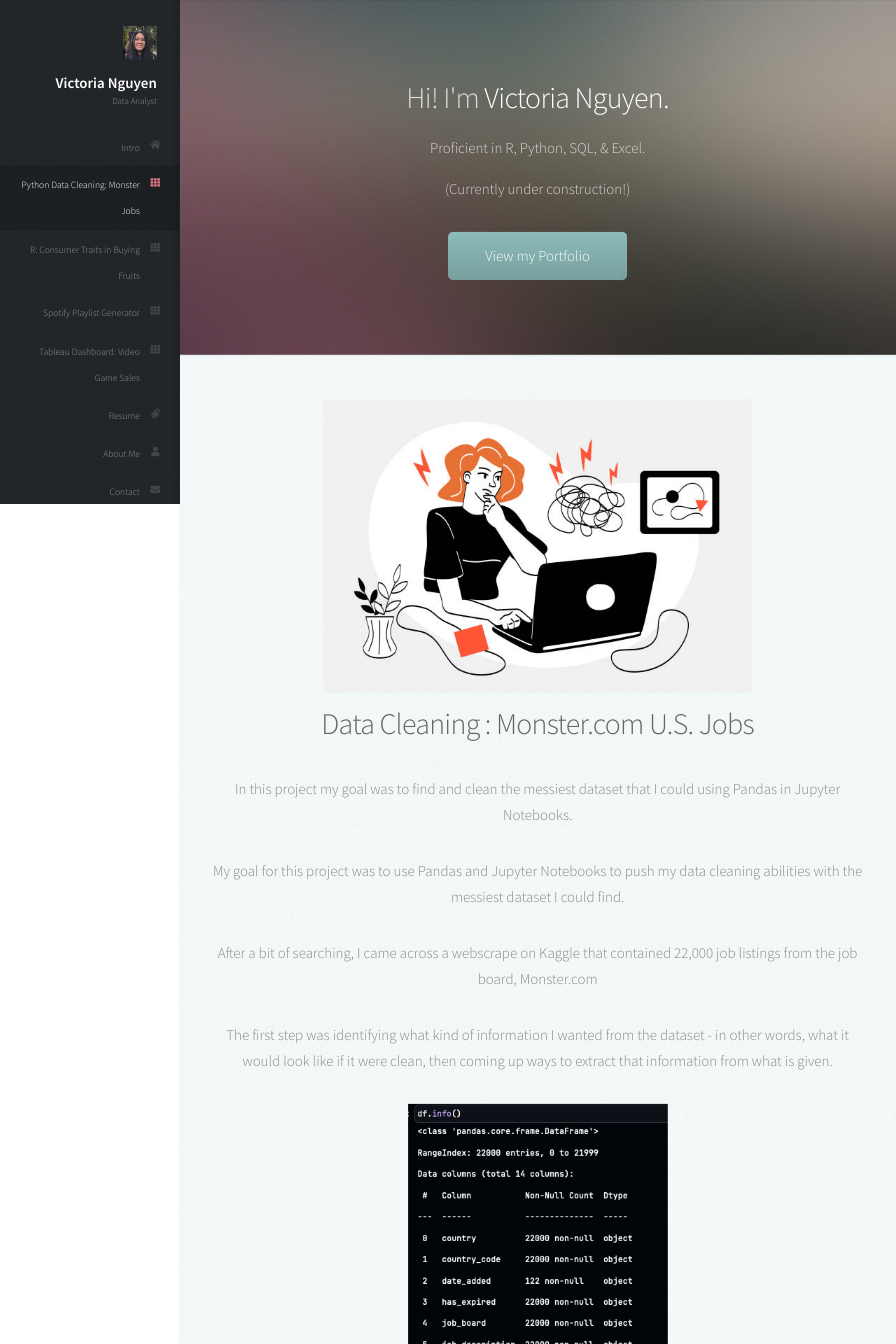
Repository: VictoriaTCNguyen/VictoriaTCNguyen
Page: index.html
An editor plug-in stored every save of this project. The page is shown before and after the next save, followed by the edit.
The browser window is 1280 px wide. The pictures show the part of the page from y = 0 to 1920 px (the page is 12692 px tall), at 70% of full size.

Above is the page before, as saved 2023-06-07 09:26:13.

### index.html
<!DOCTYPE HTML>
<!--
	Prologue by HTML5 UP
	html5up.net | @ajlkn
	Free for personal and commercial use under the CCA 3.0 license (html5up.net/license)
-->
<html>
	<head>
		<title>Victoria Nguyen's Portfolio </title>
		<meta charset="utf-8" />
		<meta name="viewport" content="width=device-width, initial-scale=1, user-scalable=no" />
		<link rel="stylesheet" href="assets/css/main.css" />
		<link rel="icon" href="/images/woman-technologist-light-skin-tone_1f469-1f3fb-200d-1f4bb.png">
	</head>
	<body class="is-preload">

		<!-- Header -->
			<div id="header">

				<div class="top">

					<!-- Logo -->
						<div id="logo">
							<span class="image avatar48"><img src="images/VN_LinkedIn.jpg" alt="" /></span>
							<h1 id="title">Victoria Nguyen</h1>
							<p>Data Analyst</p>
						</div>

					<!-- Nav -->
						<nav id="nav">
							<ul>
								<li><a href="#top" id="top-link"><span class="icon solid fa-home">Intro</span></a></li>
								<li><a href="#portfolio" id="portfolio-link"><span class="icon solid fa-th">Python Data Cleaning: Monster Jobs </span></a></li>
								<li><a href="#portfolio2" id="portfolio-link"><span class="icon solid fa-th">R: Consumer Traits in Buying Fruits </span></a></li>
								<li><a href="#portfolio3" id="portfolio-link"><span class="icon solid fa-th">Spotify Playlist Generator </span></a></li>
								<li><a href="#portfolio4" id="portfolio-link"><span class="icon solid fa-th">Tableau Dashboard: Video Game Sales </span></a></li>
								<li><a href="#resume" id="resume-link"><span class="icon solid fa-paperclip">Resume</span></a></li>
								<li><a href="#about" id="about-link"><span class="icon solid fa-user">About Me</span></a></li>
								<li><a href="#contact" id="contact-link"><span class="icon solid fa-envelope">Contact</span></a></li>
							</ul>
						</nav>

				</div>

				<div class="bottom">

					<!-- Social Icons -->
						<ul class="icons">
							<li><a href="#" class="icon brands fa-github"><span class="label">Github</span></a></li>
							<li><a href="#" class="icon solid fa-envelope"><span class="label">Email</span></a></li>
						</ul>

				</div>

			</div>

		<!-- Main -->
			<div id="main">

				<!-- Intro -->
					<section id="top" class="one dark cover">
						<div class="container">

							<header>
								<h2 class="alt">Hi! I'm <strong>Victoria Nguyen.</strong> </h2>
								<p>Proficient in R, Python, SQL, & Excel.</p>
								<p>(Currently under construction!)</p>
							</header>

							<footer>
								<a href="#portfolio" class="button scrolly">View my Portfolio</a>
							</footer>

						</div>
					</section>


				<!-- Portfolio1 -->
				<section id="portfolio" class="two">
					<div class="container">

						<header>
							<img src="images/istockphoto-1411855202-612x612.jpg" alt="Image of Kaggle dataset">
							<h2>Data Cleaning : Monster.com U.S. Jobs</h2>
						</header>

						<p>In this project my goal was to find and clean the messiest dataset that I could using Pandas in Jupyter Notebooks.</p>

						<div class="center">
							<div class="col-4 col-12-mobile">

								<p> My goal for this project was to use Pandas and Jupyter Notebooks to push my data cleaning abilities with the messiest
									dataset I could find.</p>

								<p> After a bit of searching, I came across a webscrape on Kaggle that contained 22,000 job listings from the job board,
									Monster.com</p>

								<p> The first step was identifying what kind of information I wanted from the dataset - in other words, what it would look
									like if it were clean, then coming up ways to extract that information from what is given. </p>

								<img src="images/1a.png" alt="">

								<p>Upon initial investigation, I found that job descriptions could be found in the location and salary columns, locations
									could be found in the organization column, some entries had the same information copied into every single column, salaries
									were being entered as hourly wages, and some just had useless or nonsensical entries.  </p>

									<img src="images/1c.png" alt="">

								<p>The first issue I decided to tackle was the one I see most commonly in datasets: that multiple variables are being put into
									 the same column and need to be parsed into their own, proper variables. The ‘job_types’ variable had two separate ways of
									 distinguishing jobs from each other: full time vs. part time, and contract vs. employee. Other than that, this column was
									 nicely formatted and all I needed to do was pull the right substrings from each of them. </p>

								<img src="images/1b.png" alt="">

								<p>Next, I tackled the locations column, which quickly proved to be the most difficult.  A good chunk of these were just entire
									 job descriptions pasted in. My first idea was to shave off unwanted entries. As far as I’m aware, most location names
									 could be spelled out in 50 characters or less. In addition, if an entire job description was pasted into this column,
									  there would usually be a title, so I also searched for “Location:” in the longer entries. </p>

								<img src="images/1d.png" alt="">

								<p>After extracting the location from each of the job entries, I decided to pull the state & zip code from each location. </p>

								<img src="images/1e.png" alt="">

								<p>I then ran into an unexpected issue. Because state names are entered either by spelling out their full name or by their two
									letter abbreviation, I thought I could simply search for any substring containing the abbreviated state names. However,
									 many job descriptions would use capital letters in one way or another - whether it was the entire job description being
									 capitalized or using capitalization to emphasize whole words or titles. Either way, I had to find a way around it. Thus,
									  I used regex to find the two capital letters together with non-capital characters before and after.
								</p>
								<img src="images/1f.png" alt="">

								<p>Now that the states were sorted, I moved onto the zipcodes. Thankfully, from the previous step, I was able to tinker with
									a regex and similarly used one to pull strings containing five consecutive digits. This also kept me from accidentally
									pulling any phone numbers that made it into this column. </p>

								<img src="images/1g.png" alt="">

								<p>The last bulk of my work was fixing the salary column. I had my work set out for me because I could see that it was a
									jumble of salaries, hourly wages, vague descriptions of what their compensation might be, or just other benefits that
									didn’t help candidates understand what pay they should be expecting. </p>

								<img src="images/1h.png" alt="">

								<p>I extracted all entries that mentioned “yearly” and “hourly”, and swapped the hourly salaries that were too outrageous
									 to be true to yearly salaries, and vice-versa. I then shaved off excess characters to get plain numbers, then converted
									 hourly wages to salaries. </p>

								<img src="images/1i.png" alt="">

								<p> Finally, the data was ready to be analyzed.</p>

								<img src="images/1j.png" alt="">

								<p></a></p>
							</div>
						</div>

					</div>
				</section>

				<!-- Portfolio2 -->
				<section id="portfolio2" class="two">
					<div class="container">

						<header>
							<img src="/images/fruit_art.avif" alt="Image of Various Fruits">
							<h2>Consumer Traits in Buying Fruits</h2>
						</header>

						<p>

							<object data="/images/CustomerTraits in Purchasing Fruits.pdf" type="application/pdf" width="100%" height="500px">
								<p>Unable to display PDF file. <a href="/images/CustomerTraits in Purchasing Fruits.pdf">Download</a> instead.</p>
							  </object>

						</p>

						<div class="center" style = text-align:left;>
							<div class="col-4 col-12-mobile">

							</div>
						</div>

					</div>
				</section>

				<!-- Portfolio3 -->
				<section id="portfolio3" class="two">
					<div class="container">

						<header>
							<img src="images/istockphoto-1411855202-612x612.jpg" alt="Image of Kaggle dataset">
							<h2>Spotify Playlist Generator</h2>
						</header>

						<p>This section is currently under construction. </p>

						<div class="center" style = text-align:left;>
							<div class="col-4 col-12-mobile">

							</div>
						</div>

					</div>
				</section>

				<!-- Portfolio4 -->
				<section id="portfolio4" class="two">
					<div class="container">

						<header>
							<img src="/images/istockphoto-1366567982-612x612.jpg" alt="Image of Kaggle dataset">
							<h2>Tableau Dashboard: Video Game Sales</h2>
						</header>

						<p> Video games have been a passion of mine since I was young. Even as I got older and took on more responsibilities that kept me from gaming with my
							brothers for hours, I would still keep an eye on what games were coming out to see what we would play next.
						</p>

						<p>
							Having played games for so long, I have basically watched the gaming landscape change around me throughout my life. I saw consoles come and go, huge
							companies merge,
							 and trends change between different genres and monetization methods.</p>

						<p>
							Because of this, I decided I wanted to make a dashboard that almost acted like an interactive time capsule for video games.
							While it lacks the context that a full timeline could provide, this dashboard allows the user to more easily visualize how
							video game sales for certain titles and categories compared to others during their release.
						</p>

						<p>
							To allow users to refine the results to their own interests, I made it so the dashboard could be filtered by different date
							frames, publishers, and game genres to get a better look at what was popular during different eras, rather than just an overall look at sales.
						</p>

						<p><div class='tableauPlaceholder' id='viz1686099189806' style='position: relative'><noscript><a href='#'><img alt='Dashboard 1 ' src='https:&#47;&#47;public.tableau.com&#47;static&#47;images&#47;VG&#47;VGSales_16860990043510&#47;Dashboard1&#47;1_rss.png' style='border: none' /></a></noscript><object class='tableauViz'  style='display:none;'><param name='host_url' value='https%3A%2F%2Fpublic.tableau.com%2F' /> <param name='embed_code_version' value='3' /> <param name='site_root' value='' /><param name='name' value='VGSales_16860990043510&#47;Dashboard1' /><param name='tabs' value='no' /><param name='toolbar' value='yes' /><param name='static_image' value='https:&#47;&#47;public.tableau.com&#47;static&#47;images&#47;VG&#47;VGSales_16860990043510&#47;Dashboard1&#47;1.png' /> <param name='animate_transition' value='yes' /><param name='display_static_image' value='yes' /><param name='display_spinner' value='yes' /><param name='display_overlay' value='yes' /><param name='display_count' value='yes' /><param name='language' value='en-US' /><param name='filter' value='publish=yes' /></object></div>                <script type='text/javascript'>                    var divElement = document.getElementById('viz1686099189806');                    var vizElement = divElement.getElementsByTagName('object')[0];                    if ( divElement.offsetWidth > 800 ) { vizElement.style.width='1000px';vizElement.style.height='1227px';} else if ( divElement.offsetWidth > 500 ) { vizElement.style.width='1000px';vizElement.style.height='1227px';} else { vizElement.style.width='100%';vizElement.style.height='1577px';}                     var scriptElement = document.createElement('script');                    scriptElement.src = 'https://public.tableau.com/javascripts/api/viz_v1.js';                    vizElement.parentNode.insertBefore(scriptElement, vizElement);                </script></p>

						<div class="center" style = text-align:left;>
							<div class="col-4 col-12-mobile">

							</div>
						</div>

					</div>
				</section>

				<!-- Resume -->
				<section id="resume" class="three">
					<div class="container">

						<header>
							<h2><a href="images/VictoriaNguyen_Resume_2023.pdf" download>Click here to download my resume!</a></h2>
						</header>


					</div>
				</section>

				<!-- About Me -->
					<section id="about" class="three">
						<div class="container">

							<header>
								<h2>About Me</h2>
							</header>

							<a href="#" class="image featured"><img src="images/Victoria_Osaka2.jpg" alt="Me in Osaka, April 2023. I was lucky enough to visit while the cherry blossoms were in full bloom!" /></a>

							<p>
								My name is Victoria Nguyen. Data analysis and vizualition are just two of the many things I'm passionate about.
								Whether I'm using spreadsheets to optimize my workout routine or using it to observe consumer habits, I love using data to enhance the way I look at the world.
							</p>

							<p>
								Outside of data analytics, I love to travel, cook, discuss all things media, play video games,
								 & live an active lifestyle.
							</p>

						</div>
					</section>

				<!-- Contact -->
					<section id="contact" class="four">
						<div class="container">

							<header>
								<h2>Contact</h2>
							</header>

							<p>
								You can contact me through my email: victoriatcnguyen@gmail.com
							</p>
							<p></p>
								Alternatively, you can connect with me through these links: <a href="https://github.com/VictoriaTCNguyen">GitHub</a>, <a href="https://www.linkedin.com/in/victoriatcnguyen/">LinkedIn</a>.
							</p>

						</div>
					</section>

			</div>

		<!-- Footer -->
			<div id="footer">

				<!-- Copyright -->
					<ul class="copyright">
						<li>&copy; Untitled. All rights reserved.</li><li>Design: <a href="http://html5up.net">HTML5 UP</a></li>
					</ul>

			</div>

		<!-- Scripts -->
			<script src="assets/js/jquery.min.js"></script>
			<script src="assets/js/jquery.scrolly.min.js"></script>
			<script src="assets/js/jquery.scrollex.min.js"></script>
			<script src="assets/js/browser.min.js"></script>
			<script src="assets/js/breakpoints.min.js"></script>
			<script src="assets/js/util.js"></script>
			<script src="assets/js/main.js"></script>

	</body>
</html>

Loaded but not shown: assets/css/fontawesome-all.min.css (library); assets/js/jquery.min.js (library); assets/js/jquery.scrolly.min.js (common file); assets/js/jquery.scrollex.min.js (common file); assets/js/browser.min.js (common file); assets/js/breakpoints.min.js (common file); assets/js/util.js (587 lines, source omitted); assets/js/main.js (123 lines, source omitted); assets/css/main.css (2633 lines, source omitted)

After the next save:
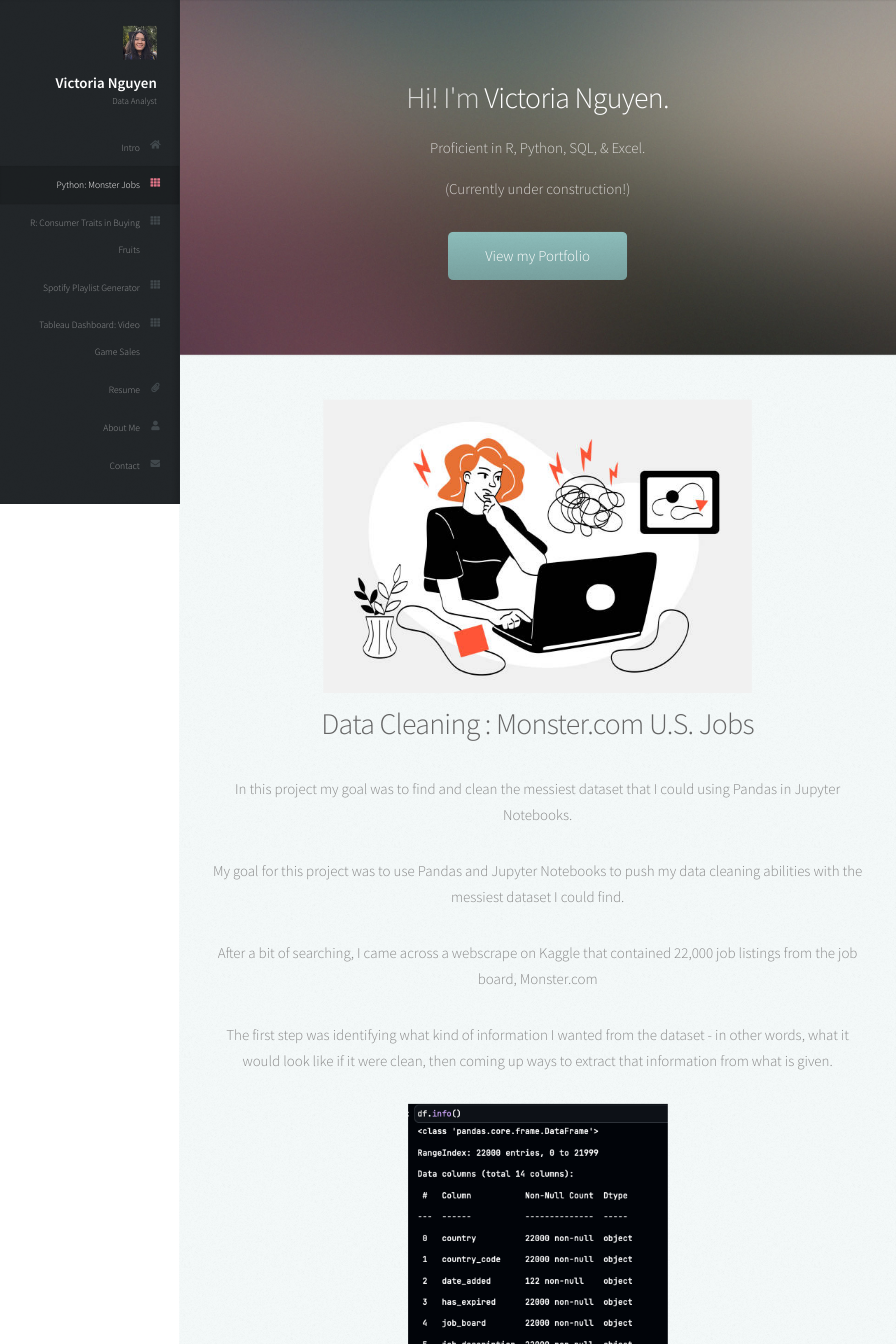
Saved 17 s later.
--- a/index.html
+++ b/index.html
@@ -30,7 +30,7 @@
 						<nav id="nav">
 							<ul>
 								<li><a href="#top" id="top-link"><span class="icon solid fa-home">Intro</span></a></li>
-								<li><a href="#portfolio" id="portfolio-link"><span class="icon solid fa-th">Python Data Cleaning: Monster Jobs </span></a></li>
+								<li><a href="#portfolio" id="portfolio-link"><span class="icon solid fa-th">Python: Monster Jobs </span></a></li>
 								<li><a href="#portfolio2" id="portfolio-link"><span class="icon solid fa-th">R: Consumer Traits in Buying Fruits </span></a></li>
 								<li><a href="#portfolio3" id="portfolio-link"><span class="icon solid fa-th">Spotify Playlist Generator </span></a></li>
 								<li><a href="#portfolio4" id="portfolio-link"><span class="icon solid fa-th">Tableau Dashboard: Video Game Sales </span></a></li>
